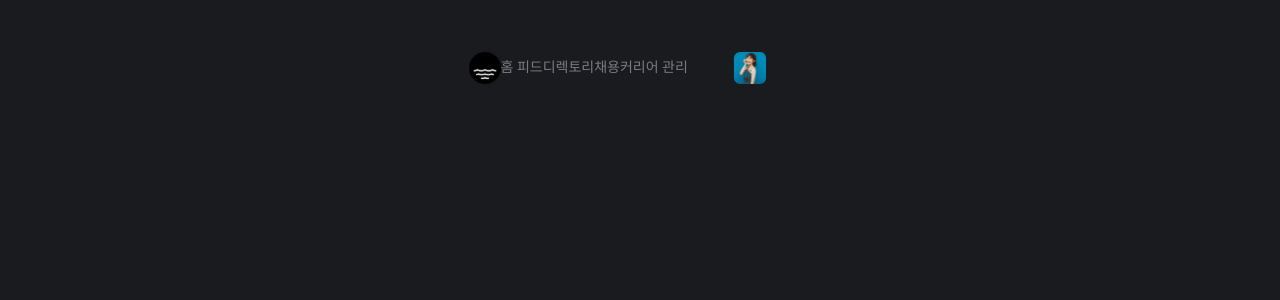
Repository: CDS-seminar-6/frontend
Page: /profile
These files come from the project's save history. The page is drawn as it stood at one moment and after the next save; the edit follows.
The browser window is 1280 px wide. The pictures show the whole page.
The project was rebuilt for these pictures with package versions that can differ from the ones it lists, and the page was loaded fresh each time. Also part of the build but not shown: src/components/common/MenuList.jsx, src/pages/Profile.jsx.

Above is the page before, as saved 2022-05-25 15:26:35.

After the next save:
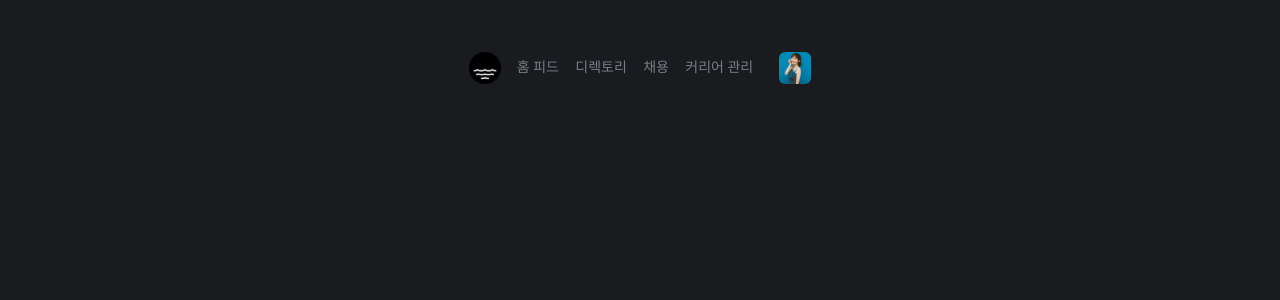
Saved 21 s later.
--- a/src/components/surfitProfile/Navbar.jsx
+++ b/src/components/surfitProfile/Navbar.jsx
@@ -22,7 +22,7 @@
 `;
 
 const Profile = styled(LogoImg)`
-  flex-grow: 1.5;
+  margin-left: 10px;
 `;
 
 function Navbar() {
